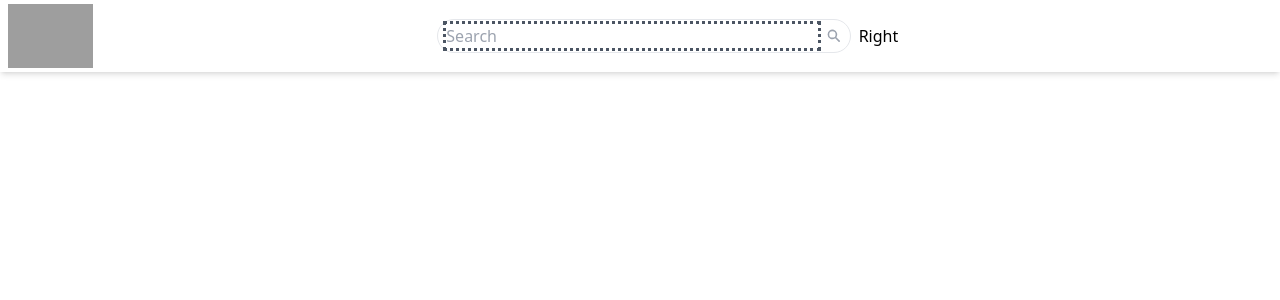
Repository: BroDudeeee/Airbnb-Clone
Page: /
These files come from the project's save history. The page is drawn as it stood at one moment and after the next save; the edit follows.
The browser window is 1280 px wide. The pictures show the whole page.
Pictures or frames that could not be fetched are drawn as grey boxes. The project was rebuilt for these pictures with package versions that can differ from the ones it lists, and the page was loaded fresh each time. The framework's server and built-in components were replaced by stand-ins that run in the browser. Also part of the build but not shown: next.config.js.

Above is the page before, as saved 2022-06-20 19:57:47.

After the next save:
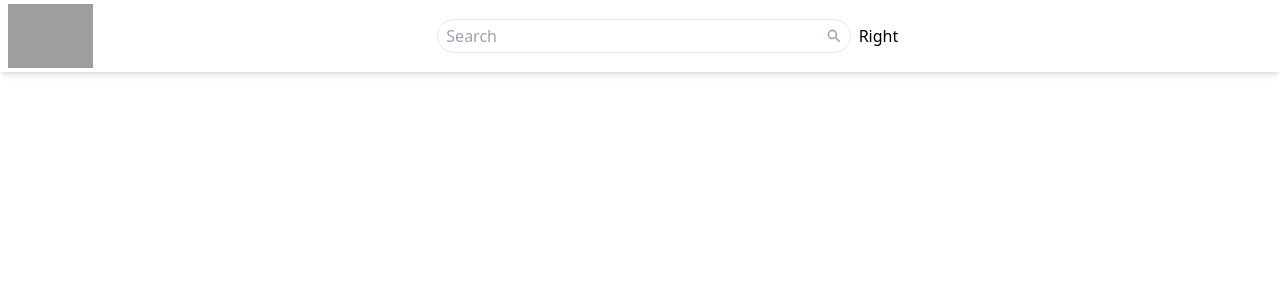
Saved 18 s later.
--- a/components/Header.js
+++ b/components/Header.js
@@ -19,7 +19,7 @@ const Header = () => {
         <input
           type="text"
           placeholder='Search'
-          className='md:flex-grow bg-transparent placeholder-gray-400 text-gray-600 outline-dotted'
+          className='md:flex-grow bg-transparent placeholder-gray-400 text-gray-600 outline-{4px}'
         />
         <SearchIcon
           className='h-4 text-gray-400 rounded-full hidden md:inline-flex'
